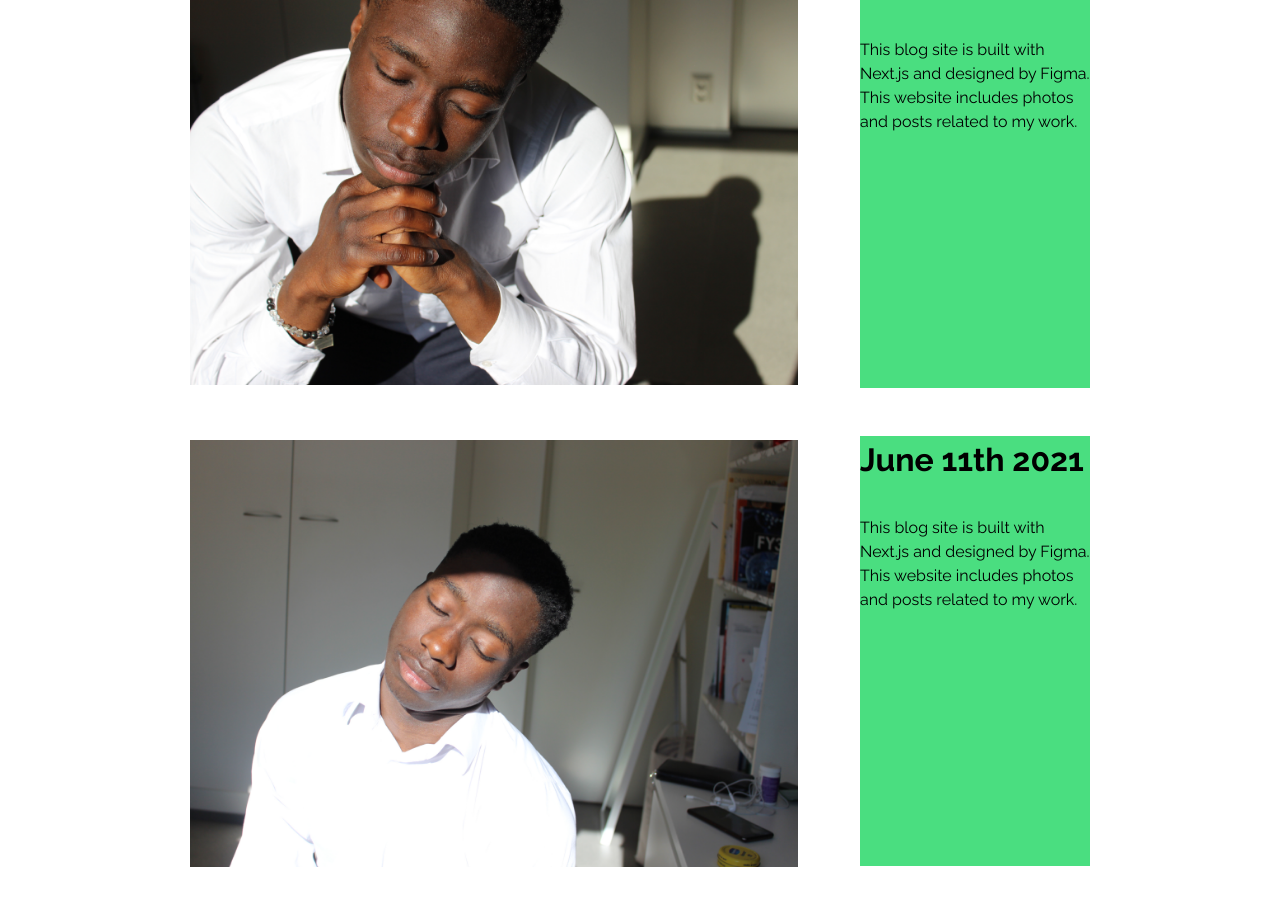
Repository: Graquick/Blog
Page: /photos
An editor plug-in stored every save of this project. The page is shown before and after the next save, followed by the edit.
The browser window is 1280 px wide. The pictures show the whole page.
The project was rebuilt for these pictures with package versions that can differ from the ones it lists, and the page was loaded fresh each time. The framework's server and built-in components were replaced by stand-ins that run in the browser. Also part of the build but not shown: next.config.js, components/Footer.js.

Above is the page before, as saved 2022-07-07 14:26:13.

### pages/_app.js
import React, { useState, useEffect, useRef, useCallback } from 'react';
import { AnimatePresence } from 'framer-motion'
import { ThemeProvider } from 'next-themes'
import { useRouter } from 'next/router'
import '../styles/globals.css'

function MyApp({ Component, pageProps }) {
  const timeoutRef = useRef();

  const clearTimer = useCallback(
    () => clearTimeout(timeoutRef.current),
    []
  );

  // useEffect(() => {
  //   if (timeoutRef.current) clearTimer();

  //   timeoutRef.current = setTimeout(() => {
  //     window.scrollTo(0, 0);
  //   }, 10);

  //   return () => {
  //     clearTimer();
  //   };
  // }, [clearTimer]);

  useEffect(() => {
    window.history.scrollRestoration = 'manual'
  }, []);


  return (
    <AnimatePresence>
      <ThemeProvider attribute="class">
        <Component {...pageProps} />
      </ThemeProvider>
    </AnimatePresence>
  )
}

export default MyApp

### pages/_document.js
import { Html, Head, Main, NextScript } from 'next/document'

export default function Document() {
  return (
    <Html>
      <Head />
      <body style={{ fontFamily: "Raleway, Roboto", scrollBehavior: "smooth" }}>
        <Main />
        <NextScript />
      </body>
    </Html>
  )
}

### pages/photos.js
import React, { useState, useEffect, useRef } from 'react';
import Head from 'next/head';
import Image from 'next/image';
import Link from 'next/link';
import { useRouter } from 'next/router';
import { motion, AnimatePresence } from 'framer-motion';
import { Icon } from '@iconify/react';

import profile from '../public/profile.png'
import photo1 from '../public/photo-1.png'
import photo2 from '../public/photo-2.png'

import Footer from "../components/Footer";
import Header from "../components/Header";

const photos = [
    { id: 1, src: photo1 },
    { id: 2, src: photo2 }
]

const desc = [
    { id: 1, title: 'Savannah', src: photo1, text: "This blog site is built with Next.js and designed by Figma. This website includes photos and posts related to my work." },
    { id: 2, title: 'June 11th 2021', src: photo2, text: "This blog site is built with Next.js and designed by Figma. This website includes photos and posts related to my work."}
]

const layInfo = {
    fixed: "absolute bottom-[4rem] right-0 m-auto flex flex w-[230px] justify-between"
}

export default function Photos() {
  return (
    <>
      <motion.main className="min-h-screen">
          <div className="absolute top-0 bottom-0 left-0 right-0 m-auto w-fit h-fit">
            <Header />
            <div className="w-[900px] h-fit flex justify-between">
              <div>
                {photos.map((img, i) => (
                  <div key={i} className="mb-12">
                    <Image src={img.src}
                      alt="Img"
                      width={608}
                      height={427}
                      blurDataURL={profile}
                      placeholder="blur"
                      priority
                    />
                  </div>
                ))}
              </div>

              <div>
                {desc.map((desc, i) => (
                  <div key={i} className="w-[230px] h-[430px] bg-green-400 flex flex-col gap-8 mb-12">
                    <h1 className="text-[2rem] font-bold w-fit">{desc.title}</h1>
                    <p>{desc.text}</p>
                  </div>
                ))}
              </div>

              {/* <div className="w-[230px] h-full flex flex-col justify-between">
                <h1 className="text-[2.25rem] font-bold leading-10">Brima Freeman</h1>
                <div className="h-[215px] flex flex-col justify-between">
                  <p className="text-[.9rem]">Hey, I&apos;m a Frontend Developer based in Finland. I enjoy working with Next.js and crafting beautiful front-end experiences.
                  </p>
                  <p className="text-[.9rem]">
                  This blog site is built with Next.js and designed by Figma. This website includes photos and posts related to my work.
                  </p>
                </div>
                <Footer />
              </div> */}
            </div>
        </div>
      </motion.main>
    </>
  )
}

### styles/globals.css
@import url('https://fonts.googleapis.com/css2?family=Press+Start+2P&family=Raleway:wght@300;400;500;600;700&family=Roboto:wght@300;400;500;700&display=swap');
@tailwind base;
@tailwind components;
@tailwind utilities;

* {
  box-sizing: border-box;
}

html,
body {
  padding: 0;
  margin: 0;
}

### components/Header.js
import React, { useState, useEffect, useRef } from 'react';
import Head from 'next/head';
import Image from 'next/image';
import Link from 'next/link';
import { useRouter } from 'next/router';
import { motion, AnimatePresence } from 'framer-motion';
import { Icon } from '@iconify/react';

const Logo = () => {
    return (
        <div className="w-fit flex justify-center gap-2 cursor-pointer transition-all duration-150 ease-in-out group">
            <div className="text-[1.5rem] font-bold uppercase bg-black text-white w-16 h-16 flex items-end justify-end py-0 px-1 ease-in-out dark:bg-zinc-500 dark:text-zinc-400">bf</div><div className="text-[1.5rem] flex items-end justify-end font-bold uppercase text-black ease-in-out dark:text-zinc-500">
                blog
            </div>
        </div>
    )
}

const links = [
    { id: 1, title: 'About', href: '/'},
    { id: 2, title: 'Photos', href: '/photos'},
    { id: 3, title: 'Posts', href: '/posts'}
]

function Header() {
    const router = useRouter();
  return (
    <>
        <main className="left-0 m-auto right-0 py-8 w-full mb-8 h-[8rem] flex justify-between items-center">
            <div >
                <Logo />
            </div>

            <nav className="h-fit">
                <ul className="flex w-[230px] justify-between">
                    {links.map((links, i) => (
                        <div key={i}>
                            <li className={router.pathname === links.href ? "underline-offset-4 underline" : ""}>
                                <Link href={links.href}>
                                    {links.title}
                                </Link>
                            </li>
                        </div>
                    ))}
                </ul>
            </nav>
        </main>
    </>
  )
}

export default Header

### tailwind.config.js
module.exports = {
  content: [
    "./pages/**/*.{js,ts,jsx,tsx}",
    "./components/**/*.{js,ts,jsx,tsx}",
  ],
  darkMode: "class", // "false" or "media"
  theme: {
    extend: {

    },
    screens: {
      '2xl': {'max': '1440px'},
      // => @media (max-width: 1440px) { ... }

      'xl': {'max': '1024px'},
      // => @media (max-width: 1024px) { ... }

      'lg': {'max': '768px'},
      // => @media (max-width: 768px) { ... }

      'md': {'max': '425px'},
      // => @media (max-width: 425px) { ... }

      'sm': {'max': '375px'},
      // => @media (max-width: 375px) { ... }

      'xs': {'max': '320px'},
      // => @media (max-width: 320px) { ... }
    },
    fontFamily: {
      'raleway': "Raleway, sans-serif",
      'roboto': "Roboto, sans-serif",
      'play': "Press\\ Start\\ 2P, cursive"
    }
  },
  plugins: [require('@tailwindcss/forms')],
}

After the next save:
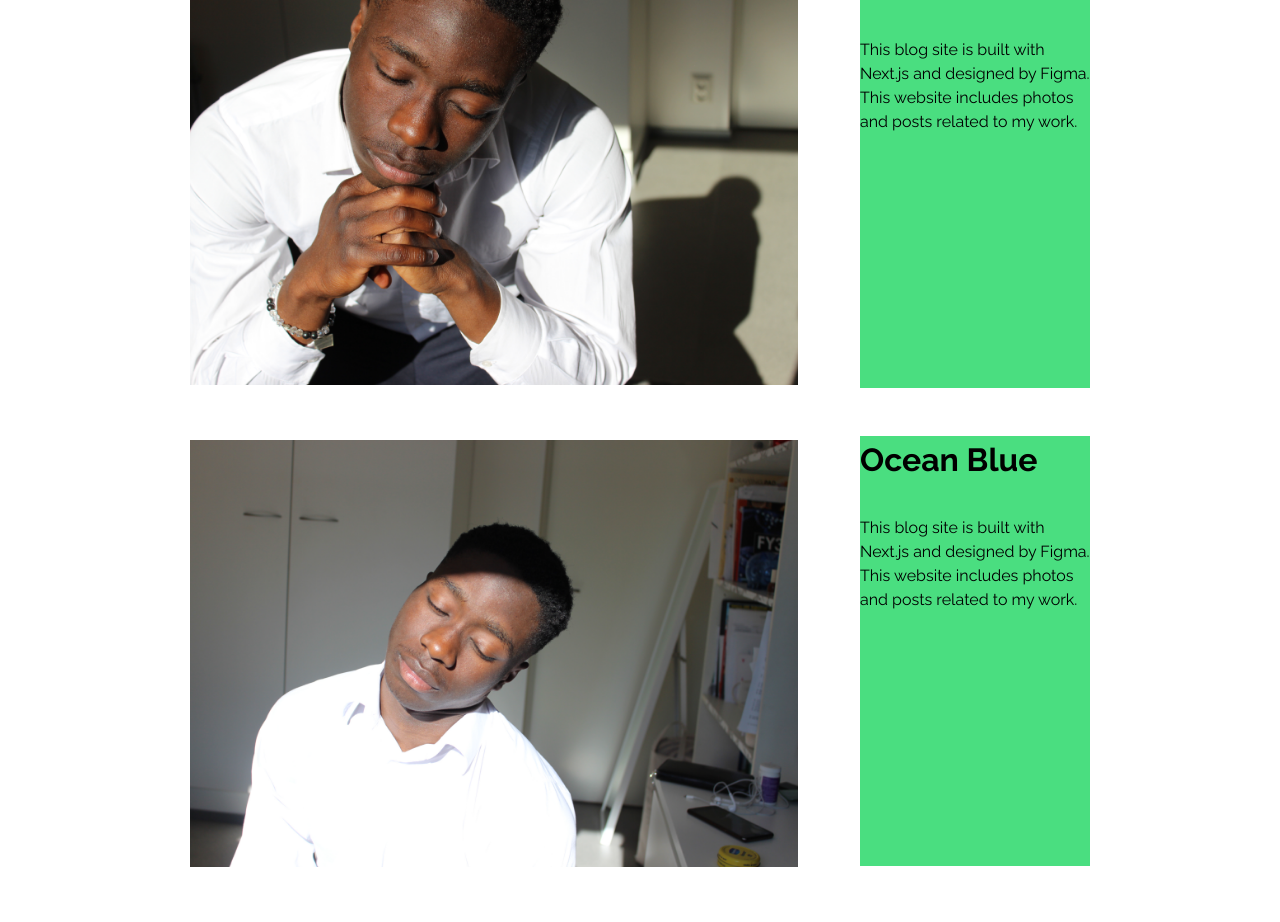
Saved 7 s later.
--- a/pages/photos.js
+++ b/pages/photos.js
@@ -20,7 +20,7 @@ const photos = [
 
 const desc = [
     { id: 1, title: 'Savannah', src: photo1, text: "This blog site is built with Next.js and designed by Figma. This website includes photos and posts related to my work." },
-    { id: 2, title: 'June 11th 2021', src: photo2, text: "This blog site is built with Next.js and designed by Figma. This website includes photos and posts related to my work."}
+    { id: 2, title: 'Ocean Blue', src: photo2, text: "This blog site is built with Next.js and designed by Figma. This website includes photos and posts related to my work."}
 ]
 
 const layInfo = {
